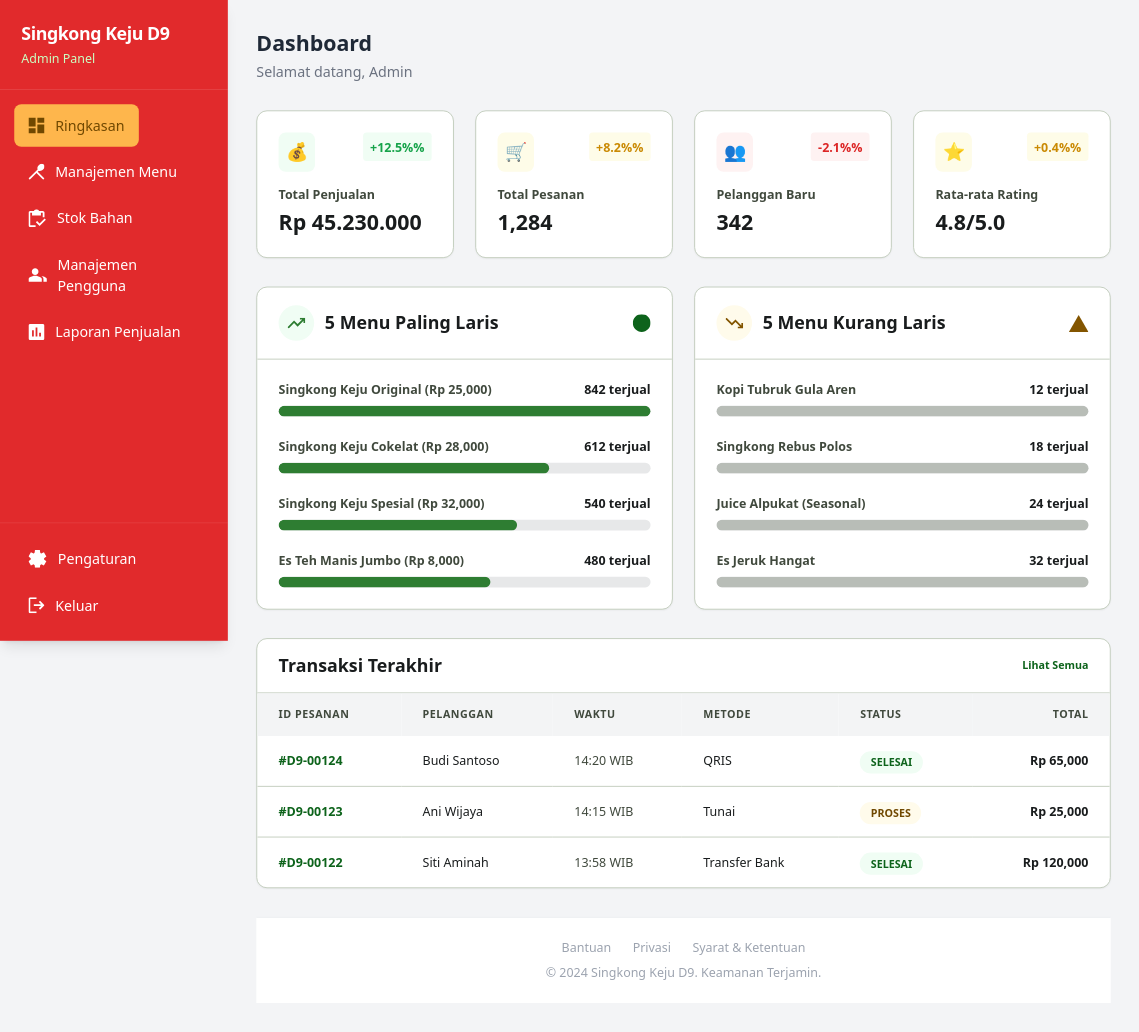
Repository: Warfail/restoran-frontend
Page: /admin
These files come from the project's save history. The page is drawn as it stood at one moment and after a run of saves; the edit follows.
The browser window is 1280 px wide. The pictures show the whole page, at 89% of full size.
The project was rebuilt for these pictures with package versions that can differ from the ones it lists, and the page was loaded fresh each time. Also part of the build but not shown: vite.config.js, src/pages/LoginPage.jsx, src/pages/SalesReportPage.jsx, src/pages/UserListPage.jsx, src/pages/UserManagementpage.jsx.

Above is the page before, as saved 2026-06-15 19:07:48.

### index.html
<!doctype html>
<html lang="en">
  <head>
    <meta charset="UTF-8" />
    <link rel="icon" type="image/svg+xml" href="/favicon.svg" />
    <meta name="viewport" content="width=device-width, initial-scale=1.0" />
    <title>restorant-frontend-update</title>
  </head>
  <body>
    <div id="root"></div>
    <script type="module" src="/src/main.jsx"></script>
  </body>
</html>

### src/App.jsx
import { BrowserRouter, Routes, Route, Navigate } from "react-router-dom";
import LoginPage from "./pages/LoginPage";
import AdminDashboard from "./pages/AdminDashboard";
import SalesReportPage from "./pages/SalesReportPage";
import UserListPage from "./pages/UserListPage";
import UserManagementPage from "./pages/UserManagementPage";

function App() {
  return (
    <BrowserRouter>
      <Routes>
        <Route path="/login" element={<LoginPage />} />
        <Route path="/admin" element={<AdminDashboard />} />
        <Route path="/reports" element={<SalesReportPage />} />
        <Route path="/users" element={<UserListPage />} />
        <Route path="/users/add" element={<UserManagementPage />} />
        <Route path="/" element={<Navigate to="/login" />} />
      </Routes>
    </BrowserRouter>
  );
}

export default App;

### src/components/admin/Sidebar.jsx
import { useNavigate } from "react-router-dom";

export default function Sidebar() {
  const navigate = useNavigate();

  const handleLogout = () => {
    localStorage.removeItem("token");
    localStorage.removeItem("role");
    navigate("/login");
  };

  return (
    <aside className="fixed left-0 top-0 w-64 h-full bg-[#E12A2C] shadow-lg z-10">
      <div className="p-6 border-b border-white/10">
        <h2 className="text-xl font-extrabold text-white tracking-tight">Singkong Keju D9</h2>
        <p className="text-[#CBFFC2] text-sm mt-1 font-koulen">Admin Panel</p>
      </div>

      <nav className="p-4 space-y-1">
        <button onClick={() => navigate("/admin/summary")} className="flex items-center gap-3 px-4 py-3 bg-[#FEB64C] text-[#704800] rounded-lg font-medium">
          <svg width="18" height="18" viewBox="0 0 18 18" fill="none">
            <path d="M10 6V0H18V6H10ZM0 10V0H8V10H0ZM10 18V8H18V18H10ZM0 18V12H8V18H0Z" fill="#704800"/>
          </svg>
          Ringkasan
        </button>

        <a href="#" className="flex items-center gap-3 px-4 py-3 text-white hover:bg-white/10 rounded-lg transition">
          <svg width="18" height="18" viewBox="0 0 18 18" fill="white">
            <path d="M1.4 18L0 16.6L10.25 6.35C9.95 5.65 9.90833 4.85833 10.125 3.975C10.3417 3.09167 10.8167 2.3 11.55 1.6C12.4333 0.716667 13.4167 0.2 14.5 0.05C15.5833 -0.1 16.4667 0.166667 17.15 0.85C17.8333 1.53333 18.1 2.41667 17.95 3.5C17.8 4.58333 17.2833 5.56667 16.4 6.45C15.7 7.18333 14.9083 7.65833 14.025 7.875C13.1417 8.09167 12.35 8.05 11.65 7.75L10.4 9L18 16.6L16.6 18L9 10.45L1.4 18Z"/>
          </svg>
          Manajemen Menu
        </a>

        <a href="#" className="flex items-center gap-3 px-4 py-3 text-white hover:bg-white/10 rounded-lg transition">
          <svg width="20" height="20" viewBox="0 0 20 20" fill="white">
            <path d="M12.5 18.925L8.25 14.675L9.65 13.275L12.5 16.125L18.15 10.475L19.55 11.875L12.5 18.925Z"/>
            <path d="M18 9H16V4H14V7H4V4H2V18H8V20H2C1.45 20 0.979167 19.8042 0.5875 19.4125C0.195833 19.0208 0 18.55 0 18V4C0 3.45 0.195833 2.97917 0.5875 2.5875C0.979167 2.19583 1.45 2 2 2H6.175C6.35833 1.41667 6.71667 0.9375 7.25 0.5625C7.78333 0.1875 8.36667 0 9 0C9.66667 0 10.2625 0.1875 10.7875 0.5625C11.3125 0.9375 11.6667 1.41667 11.85 2H16C16.55 2 17.0208 2.19583 17.4125 2.5875C17.8042 2.97917 18 3.45 18 4V9Z"/>
          </svg>
          Stok Bahan
        </a>

        <a href="#" className="flex items-center gap-3 px-4 py-3 text-white hover:bg-white/10 rounded-lg transition">
          <svg width="22" height="16" viewBox="0 0 22 16" fill="white">
            <path d="M0 16V13.2C0 12.6333 0.145833 12.1125 0.4375 11.6375C0.729167 11.1625 1.11667 10.8 1.6 10.55C2.63333 10.0333 3.68333 9.64583 4.75 9.3875C5.81667 9.12917 6.9 9 8 9C9.1 9 10.1833 9.12917 11.25 9.3875C12.3167 9.64583 13.3667 10.0333 14.4 10.55C14.8833 10.8 15.2708 11.1625 15.5625 11.6375C15.8542 12.1125 16 12.6333 16 13.2V16H0Z"/>
            <path d="M18 16V13C18 12.2667 17.7958 11.5625 17.3875 10.8875C16.9792 10.2125 16.4 9.63333 15.65 9.15C16.5 9.25 17.3 9.42083 18.05 9.6625C18.8 9.90417 19.5 10.2 20.15 10.55C20.75 10.8833 21.2083 11.2542 21.525 11.6625C21.8417 12.0708 22 12.5167 22 13V16H18Z"/>
            <path d="M8 8C6.9 8 5.95833 7.60833 5.175 6.825C4.39167 6.04167 4 5.1 4 4C4 2.9 4.39167 1.95833 5.175 1.175C5.95833 0.391667 6.9 0 8 0C9.1 0 10.0417 0.391667 10.825 1.175C11.6083 1.95833 12 2.9 12 4C12 5.1 11.6083 6.04167 10.825 6.825C10.0417 7.60833 9.1 8 8 8Z"/>
          </svg>
          Manajemen Pengguna
        </a>

        <a href="#" className="flex items-center gap-3 px-4 py-3 text-white hover:bg-white/10 rounded-lg transition">
          <svg width="18" height="18" viewBox="0 0 18 18" fill="white">
            <path d="M4 14H6V7H4V14ZM8 14H10V4H8V14ZM12 14H14V10H12V14ZM2 18C1.45 18 0.979167 17.8042 0.5875 17.4125C0.195833 17.0208 0 16.55 0 16V2C0 1.45 0.195833 0.979167 0.5875 0.5875C0.979167 0.195833 1.45 0 2 0H16C16.55 0 17.0208 0.195833 17.4125 0.5875C17.8042 0.979167 18 1.45 18 2V16C18 16.55 17.8042 17.0208 17.4125 17.4125C17.0208 17.8042 16.55 18 16 18H2Z"/>
          </svg>
          Laporan Penjualan
        </a>
      </nav>

      <div className="absolute bottom-0 left-0 right-0 p-4 border-t border-white/10">
        <button className="flex items-center gap-3 px-4 py-3 text-white hover:bg-white/10 rounded-lg w-full transition">
          <svg width="21" height="20" viewBox="0 0 21 20" fill="white">
            <path d="M7.3 20L6.9 16.8C6.68333 16.7167 6.47917 16.6167 6.2875 16.5C6.09583 16.3833 5.90833 16.2583 5.725 16.125L2.75 17.375L0 12.625L2.575 10.675C2.55833 10.5583 2.55 10.4458 2.55 10.3375C2.55 10.2292 2.55 10.1167 2.55 10C2.55 9.88333 2.55 9.77083 2.55 9.6625C2.55 9.55417 2.55833 9.44167 2.575 9.325L0 7.375L2.75 2.625L5.725 3.875C5.90833 3.74167 6.1 3.61667 6.3 3.5C6.5 3.38333 6.7 3.28333 6.9 3.2L7.3 0H12.8L13.2 3.2C13.4167 3.28333 13.6208 3.38333 13.8125 3.5C14.0042 3.61667 14.1917 3.74167 14.375 3.875L17.35 2.625L20.1 7.375L17.525 9.325C17.5417 9.44167 17.55 9.55417 17.55 9.6625C17.55 9.77083 17.55 9.88333 17.55 10C17.55 10.1167 17.55 10.2292 17.55 10.3375C17.55 10.4458 17.5333 10.5583 17.5 10.675L20.075 12.625L17.325 17.375L14.375 16.125C14.1917 16.2583 14 16.3833 13.8 16.5C13.6 16.6167 13.4 16.7167 13.2 16.8L12.8 20H7.3Z"/>
          </svg>
          Pengaturan
        </button>

        <button
          onClick={handleLogout}
          className="flex items-center gap-3 px-4 py-3 text-white hover:bg-white/10 rounded-lg w-full mt-1 transition"
        >
          <svg width="18" height="18" viewBox="0 0 18 18" fill="white">
            <path d="M2 18C1.45 18 0.979167 17.8042 0.5875 17.4125C0.195833 17.0208 0 16.55 0 16V2C0 1.45 0.195833 0.979167 0.5875 0.5875C0.979167 0.195833 1.45 0 2 0H9V2H2V16H9V18H2ZM13 14L11.625 12.55L14.175 10H6V8H14.175L11.625 5.45L13 4L18 9L13 14Z"/>
          </svg>
          Keluar
        </button>
      </div>
    </aside>
  );
}

### src/components/admin/StatsCard.jsx
export default function StatsCard({ title, value, icon, growth, bgColor, iconColor }) {
  const isPositive = growth >= 0;

  return (
    <div className="bg-white p-6 rounded-xl border border-[#BFCABA] shadow-sm">
      <div className="flex justify-between items-start">
        <div className={`p-2 rounded-lg ${bgColor}`}>
          <span className="text-xl">{icon}</span>
        </div>
        <div className={`px-2 py-1 rounded ${bgColor}`}>
          <span className={`text-sm font-bold ${iconColor}`}>
            {isPositive ? "+" : ""}{growth}%
          </span>
        </div>
      </div>
      <div className="mt-4">
        <p className="text-[#40493D] text-sm font-semibold">{title}</p>
        <p className="text-[#191C1D] text-2xl font-bold mt-1">{value}</p>
      </div>
    </div>
  );
}

### src/components/admin/TopMenuList.jsx
export default function TopMenuList({ menus }) {
  return (
    <div className="bg-white rounded-xl border border-[#BFCABA] shadow-sm overflow-hidden">
      <div className="px-6 py-5 border-b border-[#BFCABA] flex justify-between items-center">
        <div className="flex items-center gap-3">
          <div className="w-10 h-10 rounded-full bg-green-50 flex items-center justify-center">
            <svg width="20" height="12" viewBox="0 0 20 12" fill="none">
              <path d="M1.4 12L0 10.6L7.4 3.15L11.4 7.15L16.6 2H14V0H20V6H18V3.4L11.4 10L7.4 6L1.4 12Z" fill="#2E7D32"/>
            </svg>
          </div>
          <h3 className="text-xl font-semibold text-[#191C1D]">5 Menu Paling Laris</h3>
        </div>
        <svg width="20" height="20" viewBox="0 0 20 20" fill="none">
          <path d="M8.6 14.6L15.65 7.55L14.25 6.15L8.6 11.8L5.75 8.95L4.35 10.35L8.6 14.6Z" fill="#0D631B"/>
          <path d="M10 20C8.61667 20 7.31667 19.7375 6.1 19.2125C4.88333 18.6875 3.825 17.975 2.925 17.075C2.025 16.175 1.3125 15.1167 0.7875 13.9C0.2625 12.6833 0 11.3833 0 10C0 8.61667 0.2625 7.31667 0.7875 6.1C1.3125 4.88333 2.025 3.825 2.925 2.925C3.825 2.025 4.88333 1.3125 6.1 0.7875C7.31667 0.2625 8.61667 0 10 0C11.3833 0 12.6833 0.2625 13.9 0.7875C15.1167 1.3125 16.175 2.025 17.075 2.925C17.975 3.825 18.6875 4.88333 19.2125 6.1C19.7375 7.31667 20 8.61667 20 10C20 11.3833 19.7375 12.6833 19.2125 13.9C18.6875 15.1167 17.975 16.175 17.075 17.075C16.175 17.975 15.1167 18.6875 13.9 19.2125C12.6833 19.7375 11.3833 20 10 20Z" fill="#0D631B"/>
        </svg>
      </div>
      <div className="p-6 space-y-6">
        {menus.map((menu, idx) => {
          const maxSold = menus[0]?.sold || 1;
          const percentage = (menu.sold / maxSold) * 100;
          return (
            <div key={idx} className="space-y-2">
              <div className="flex justify-between items-center">
                <span className="text-[#40493D] font-semibold text-sm">
                  {menu.name} {menu.price && `(Rp ${menu.price.toLocaleString()})`}
                </span>
                <span className="text-[#191C1D] font-bold text-sm">{menu.sold} terjual</span>
              </div>
              <div className="h-3 bg-[#E7E8E9] rounded-full overflow-hidden">
                <div className="h-full bg-[#2E7D32] rounded-full" style={{ width: `${percentage}%` }}></div>
              </div>
            </div>
          );
        })}
      </div>
    </div>
  );
}

### src/components/admin/BottomMenuList.jsx
export default function BottomMenuList({ menus }) {
  const maxSold = menus[0]?.sold || 1;

  return (
    <div className="bg-white rounded-xl border border-[#BFCABA] shadow-sm overflow-hidden">
      <div className="px-6 py-5 border-b border-[#BFCABA] flex justify-between items-center">
        <div className="flex items-center gap-3">
          <div className="w-10 h-10 rounded-full bg-amber-50 flex items-center justify-center">
            <svg width="20" height="12" viewBox="0 0 20 12" fill="none">
              <path d="M14 12V10H16.6L11.4 4.85L7.4 8.85L0 1.4L1.4 0L7.4 6L11.4 2L18 8.6V6H20V12H14Z" fill="#835500"/>
            </svg>
          </div>
          <h3 className="text-xl font-semibold text-[#191C1D]">5 Menu Kurang Laris</h3>
        </div>
        <svg width="22" height="19" viewBox="0 0 22 19" fill="none">
          <path d="M0 19L11 0L22 19H0Z" fill="#835500"/>
          <path d="M11 16C11.2833 16 11.5208 15.9042 11.7125 15.7125C11.9042 15.5208 12 15.2833 12 15C12 14.7167 11.9042 14.4792 11.7125 14.2875C11.5208 14.0958 11.2833 14 11 14C10.7167 14 10.4792 14.0958 10.2875 14.2875C10.0958 14.4792 10 14.7167 10 15C10 15.2833 10.0958 15.5208 10.2875 15.7125C10.4792 15.9042 10.7167 16 11 16Z" fill="#835500"/>
          <path d="M10 13H12V8H10V13Z" fill="#835500"/>
        </svg>
      </div>
      <div className="p-6 space-y-6">
        {menus.map((menu, idx) => {
          const percentage = (menu.sold / maxSold) * 100;
          return (
            <div key={idx} className="space-y-2">
              <div className="flex justify-between items-center">
                <span className="text-[#40493D] font-semibold text-sm">{menu.name}</span>
                <span className="text-[#191C1D] font-bold text-sm">{menu.sold} terjual</span>
              </div>
              <div className="h-3 bg-[#E7E8E9] rounded-full overflow-hidden">
                <div className="h-full bg-[#707A6C] opacity-40 rounded-full" style={{ width: `${percentage}%` }}></div>
              </div>
            </div>
          );
        })}
      </div>
    </div>
  );
}

### src/components/admin/RecentOrdersTable.jsx
export default function RecentOrdersTable({ orders }) {
  const getStatusBadge = (status) => {
    if (status === "SELESAI") {
      return <span className="px-3 py-1 rounded-full bg-green-50 text-[#0D631B] text-xs font-bold uppercase">SELESAI</span>;
    }
    return <span className="px-3 py-1 rounded-full bg-amber-50 text-[#704800] text-xs font-bold uppercase">PROSES</span>;
  };

  return (
    <div className="bg-white rounded-xl border border-[#BFCABA] shadow-sm overflow-hidden">
      <div className="px-6 py-4 border-b border-[#BFCABA] flex justify-between items-center">
        <h3 className="text-xl font-semibold text-[#191C1D]">Transaksi Terakhir</h3>
        <button className="text-[#0D631B] text-xs font-bold">Lihat Semua</button>
      </div>
      <div className="overflow-x-auto">
        <table className="w-full">
          <thead className="bg-[#F3F4F5]">
            <tr>
              <th className="px-6 py-4 text-left text-[#40493D] text-xs font-bold uppercase tracking-wider">ID PESANAN</th>
              <th className="px-6 py-4 text-left text-[#40493D] text-xs font-bold uppercase tracking-wider">PELANGGAN</th>
              <th className="px-6 py-4 text-left text-[#40493D] text-xs font-bold uppercase tracking-wider">WAKTU</th>
              <th className="px-6 py-4 text-left text-[#40493D] text-xs font-bold uppercase tracking-wider">METODE</th>
              <th className="px-6 py-4 text-left text-[#40493D] text-xs font-bold uppercase tracking-wider">STATUS</th>
              <th className="px-6 py-4 text-right text-[#40493D] text-xs font-bold uppercase tracking-wider">TOTAL</th>
             </tr>
          </thead>
          <tbody className="divide-y divide-[#BFCABA]">
            {orders.map((order, idx) => (
              <tr key={idx} className="hover:bg-gray-50">
                <td className="px-6 py-4 text-[#0D631B] font-bold text-sm">{order.id}</td>
                <td className="px-6 py-4 text-[#191C1D] text-sm">{order.customer}</td>
                <td className="px-6 py-4 text-[#40493D] text-sm">{order.time}</td>
                <td className="px-6 py-4 text-[#191C1D] text-sm">{order.method}</td>
                <td className="px-6 py-4">{getStatusBadge(order.status)}</td>
                <td className="px-6 py-4 text-right text-[#191C1D] font-bold text-sm">Rp {order.total.toLocaleString()}</td>
               </tr>
            ))}
          </tbody>
        </table>
      </div>
    </div>
  );
}

### src/components/admin/Footer.jsx
export default function Footer() {
  return (
    <footer className="py-6 text-center text-gray-400 text-sm border-t bg-white mt-8">
      <div className="flex justify-center gap-6 mb-2">
        <a href="#" className="hover:text-orange-500 transition">Bantuan</a>
        <a href="#" className="hover:text-orange-500 transition">Privasi</a>
        <a href="#" className="hover:text-orange-500 transition">Syarat & Ketentuan</a>
      </div>
      <p>© 2024 Singkong Keju D9. Keamanan Terjamin.</p>
    </footer>
  );
}

Loaded but not shown: src/main.jsx (common file); src/index.css (common file); tailwind.config.js (common file); src/pages/AdminDashboard.jsx (87 lines, source omitted)

After the next 5 saves:
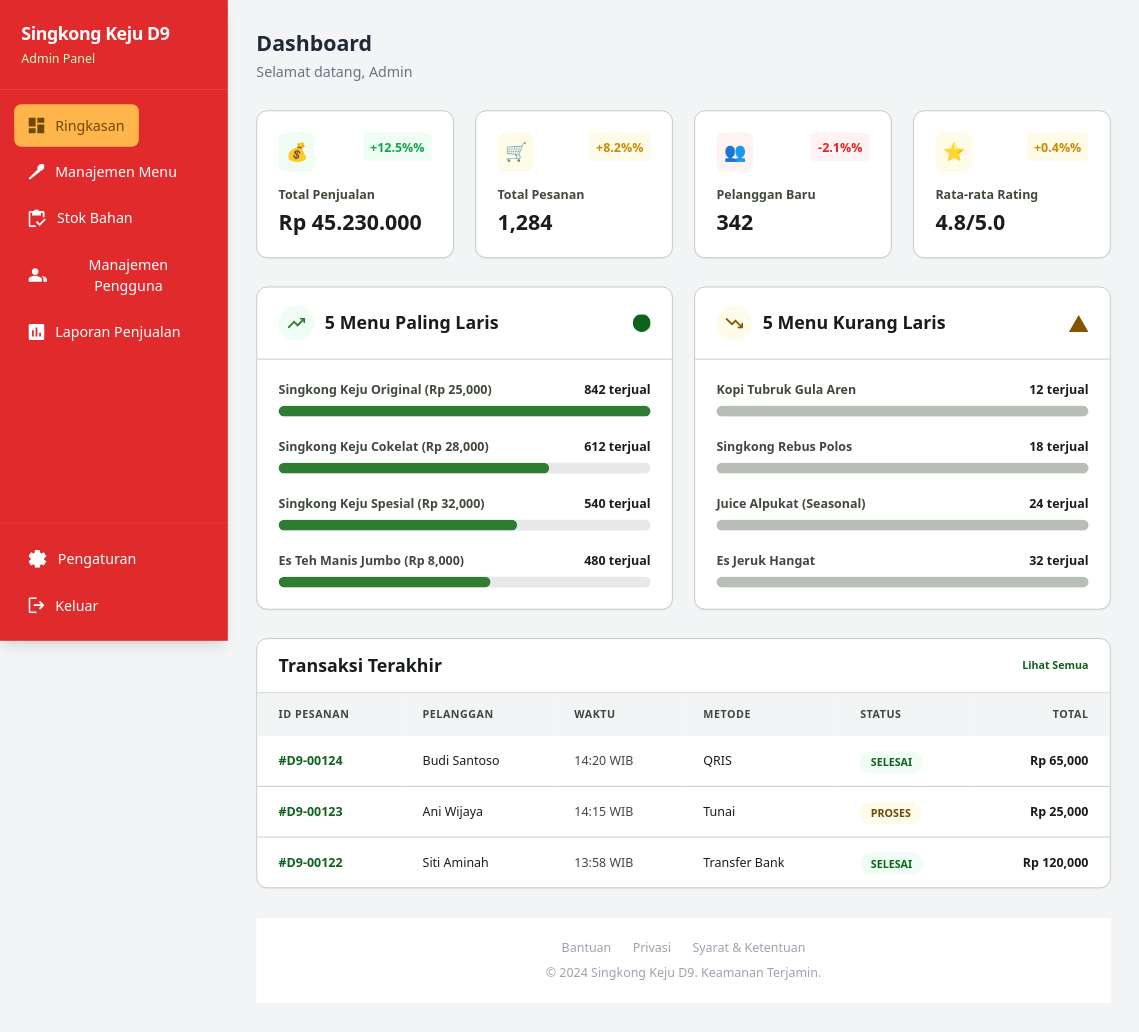
The 5 saves are shown as one change because they came seconds apart.
The last was saved 15 s later.
--- a/src/components/admin/Sidebar.jsx
+++ b/src/components/admin/Sidebar.jsx
@@ -24,36 +24,36 @@ export default function Sidebar() {
           Ringkasan
         </button>
 
-        <a href="#" className="flex items-center gap-3 px-4 py-3 text-white hover:bg-white/10 rounded-lg transition">
+        <button onClick={() => navigate("/admin/menu")} className="flex items-center gap-3 px-4 py-3 text-white hover:bg-white/10 rounded-lg transition">
           <svg width="18" height="18" viewBox="0 0 18 18" fill="white">
-            <path d="M1.4 18L0 16.6L10.25 6.35C9.95 5.65 9.90833 4.85833 10.125 3.975C10.3417 3.09167 10.8167 2.3 11.55 1.6C12.4333 0.716667 13.4167 0.2 14.5 0.05C15.5833 -0.1 16.4667 0.166667 17.15 0.85C17.8333 1.53333 18.1 2.41667 17.95 3.5C17.8 4.58333 17.2833 5.56667 16.4 6.45C15.7 7.18333 14.9083 7.65833 14.025 7.875C13.1417 8.09167 12.35 8.05 11.65 7.75L10.4 9L18 16.6L16.6 18L9 10.45L1.4 18Z"/>
+            <path d="M1.4 18L0 16.6L10.25 6.35C9.95 5.65 9.90833 4.85833 10.125 3.975C10.3417 3.09167 10.8167 2.3 11.55 1.6C12.4333 0.716667 13.4167 0.2 14.5 0.05C15.5833 -0.1 16.4667 0.166667 17.15 0.85C17.8333 1.53333 18.1 2.41667 17.95 3.5C17.8 4.58333 17.2833 5.56667 16.4 6.45C15.7 7.18333 14.9083 7.65833 14.025 7.875C13.₁4₁₇ 8.09₁₆₇ ₁₂.₃₅ 8.05 ₁₁.₆₅ 7.75L₁₀.₄ 9L₁₈ ₁₆.₆L₁₆.₆ ₁₈L₉ ₁₀.…L₁.…Z"/>
           </svg>
           Manajemen Menu
-        </a>
+        </button>
 
-        <a href="#" className="flex items-center gap-3 px-4 py-3 text-white hover:bg-white/10 rounded-lg transition">
+        <button onClick={() => navigate("/admin/inventory")} className="flex items-center gap-3 px-4 py-3 text-white hover:bg-white/10 rounded-lg transition">
           <svg width="20" height="20" viewBox="0 0 20 20" fill="white">
             <path d="M12.5 18.925L8.25 14.675L9.65 13.275L12.5 16.125L18.15 10.475L19.55 11.875L12.5 18.925Z"/>
             <path d="M18 9H16V4H14V7H4V4H2V18H8V20H2C1.45 20 0.979167 19.8042 0.5875 19.4125C0.195833 19.0208 0 18.55 0 18V4C0 3.45 0.195833 2.97917 0.5875 2.5875C0.979167 2.19583 1.45 2 2 2H6.175C6.35833 1.41667 6.71667 0.9375 7.25 0.5625C7.78333 0.1875 8.36667 0 9 0C9.66667 0 10.2625 0.1875 10.7875 0.5625C11.3125 0.9375 11.6667 1.41667 11.85 2H16C16.55 2 17.0208 2.19583 17.4125 2.5875C17.8042 2.97917 18 3.45 18 4V9Z"/>
           </svg>
           Stok Bahan
-        </a>
+        </button>
 
-        <a href="#" className="flex items-center gap-3 px-4 py-3 text-white hover:bg-white/10 rounded-lg transition">
+        <button onClick={() => navigate("/admin/users")} className="flex items-center gap-3 px-4 py-3 text-white hover:bg-white/10 rounded-lg transition">
           <svg width="22" height="16" viewBox="0 0 22 16" fill="white">
             <path d="M0 16V13.2C0 12.6333 0.145833 12.1125 0.4375 11.6375C0.729167 11.1625 1.11667 10.8 1.6 10.55C2.63333 10.0333 3.68333 9.64583 4.75 9.3875C5.81667 9.12917 6.9 9 8 9C9.1 9 10.1833 9.12917 11.25 9.3875C12.3167 9.64583 13.3667 10.0333 14.4 10.55C14.8833 10.8 15.2708 11.1625 15.5625 11.6375C15.8542 12.1125 16 12.6333 16 13.2V16H0Z"/>
             <path d="M18 16V13C18 12.2667 17.7958 11.5625 17.3875 10.8875C16.9792 10.2125 16.4 9.63333 15.65 9.15C16.5 9.25 17.3 9.42083 18.05 9.6625C18.8 9.90417 19.5 10.2 20.15 10.55C20.75 10.8833 21.2083 11.2542 21.525 11.6625C21.8417 12.0708 22 12.5167 22 13V16H18Z"/>
             <path d="M8 8C6.9 8 5.95833 7.60833 5.175 6.825C4.39167 6.04167 4 5.1 4 4C4 2.9 4.39167 1.95833 5.175 1.175C5.95833 0.391667 6.9 0 8 0C9.1 0 10.0417 0.391667 10.825 1.175C11.6083 1.95833 12 2.9 12 4C12 5.1 11.6083 6.04167 10.825 6.825C10.0417 7.60833 9.1 8 8 8Z"/>
           </svg>
           Manajemen Pengguna
-        </a>
+        </button>
 
-        <a href="#" className="flex items-center gap-3 px-4 py-3 text-white hover:bg-white/10 rounded-lg transition">
+        <button onClick={() => navigate("/admin/reports")} className="flex items-center gap-3 px-4 py-3 text-white hover:bg-white/10 rounded-lg transition">
           <svg width="18" height="18" viewBox="0 0 18 18" fill="white">
             <path d="M4 14H6V7H4V14ZM8 14H10V4H8V14ZM12 14H14V10H12V14ZM2 18C1.45 18 0.979167 17.8042 0.5875 17.4125C0.195833 17.0208 0 16.55 0 16V2C0 1.45 0.195833 0.979167 0.5875 0.5875C0.979167 0.195833 1.45 0 2 0H16C16.55 0 17.0208 0.195833 17.4125 0.5875C17.8042 0.979167 18 1.45 18 2V16C18 16.55 17.8042 17.0208 17.4125 17.4125C17.0208 17.8042 16.55 18 16 18H2Z"/>
           </svg>
           Laporan Penjualan
-        </a>
+        </button>
       </nav>
 
       <div className="absolute bottom-0 left-0 right-0 p-4 border-t border-white/10">
